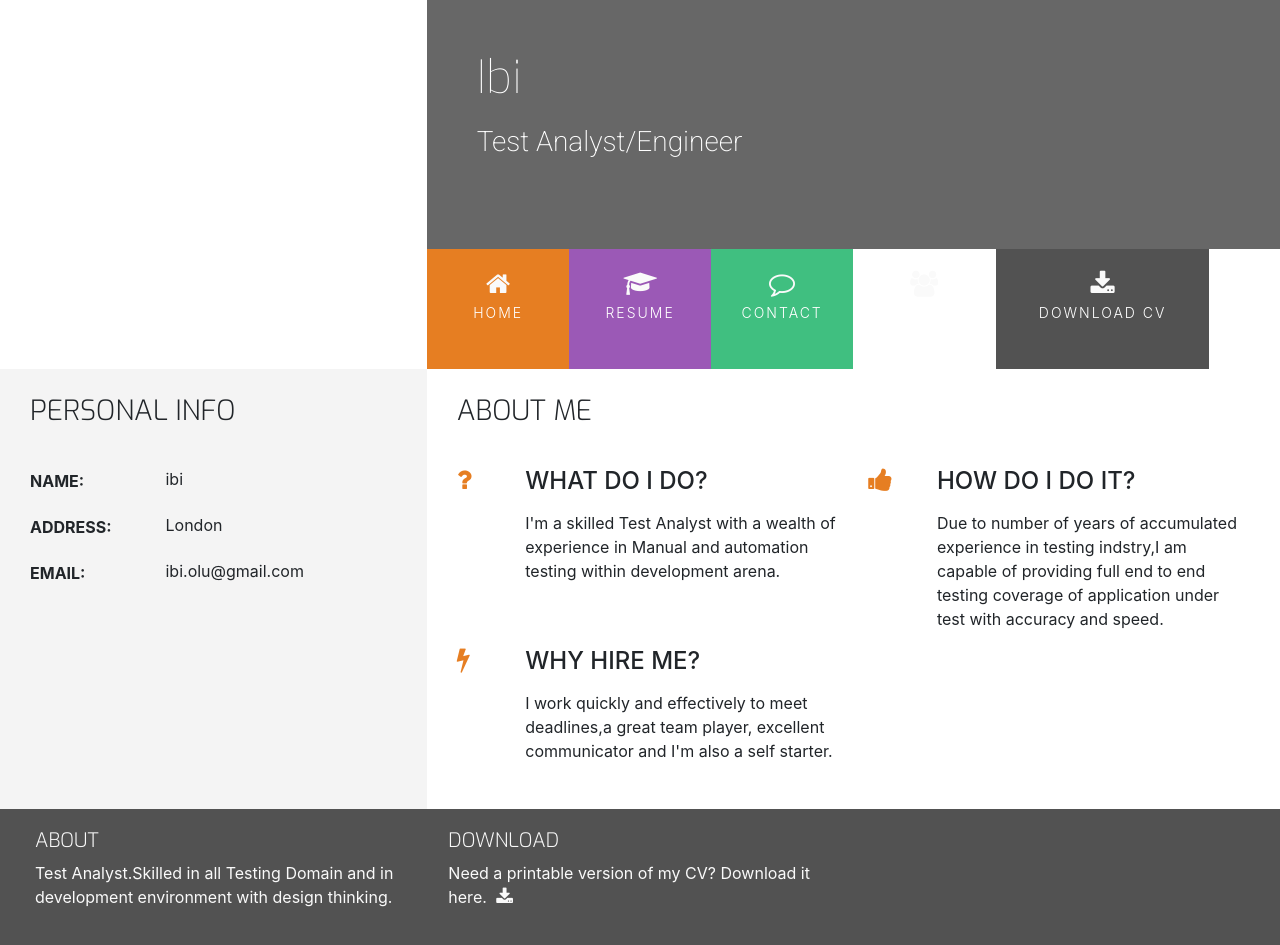
Repository: daat2/ccvitae
Page: index.html
The author's editor kept a record of every edit. The page is drawn from the files as they stood at one moment, then again after the next edit.
The browser window is 1280 px wide. The pictures show the whole page.
Some web libraries are served in a nearby version.

Above is the page before.

After the next edit:
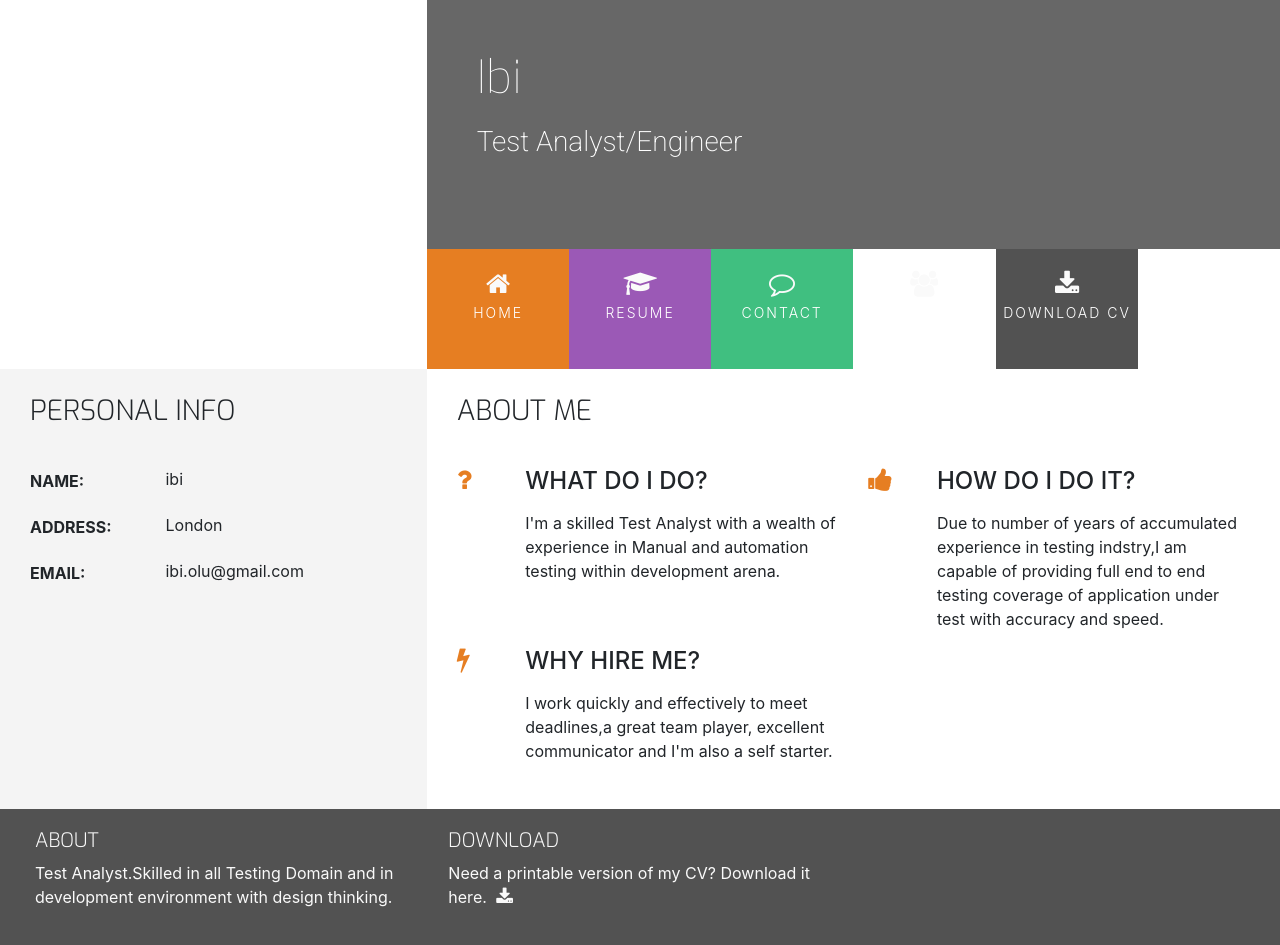
The edit:
--- a/index.html
+++ b/index.html
@@ -36,7 +36,7 @@
 	                            <li class="col-6 col-sm-2 ui-menu-color-interests list-inline-item menuitem">
                                 <a href="interests.html" class="hvr-sweep-to-bottom"><i class="fa fa-users" aria-hidden="true"></i><span>Interests</span></a>
                             </li>
-	                            <li class="col-6 col-sm-3 list-inline-item ui-menu-color-download menuitem">
+	                            <li class="col-6 col-sm-2 list-inline-item ui-menu-color-download menuitem">
 	                                <a href="assets/cv/cv-current.pdf" target="_blank" class="hvr-sweep-to-bottom"><i class="fa fa-download" aria-hidden="true"></i><span>Download CV</span></a>
 	                            </li>
 	                        </ul>
